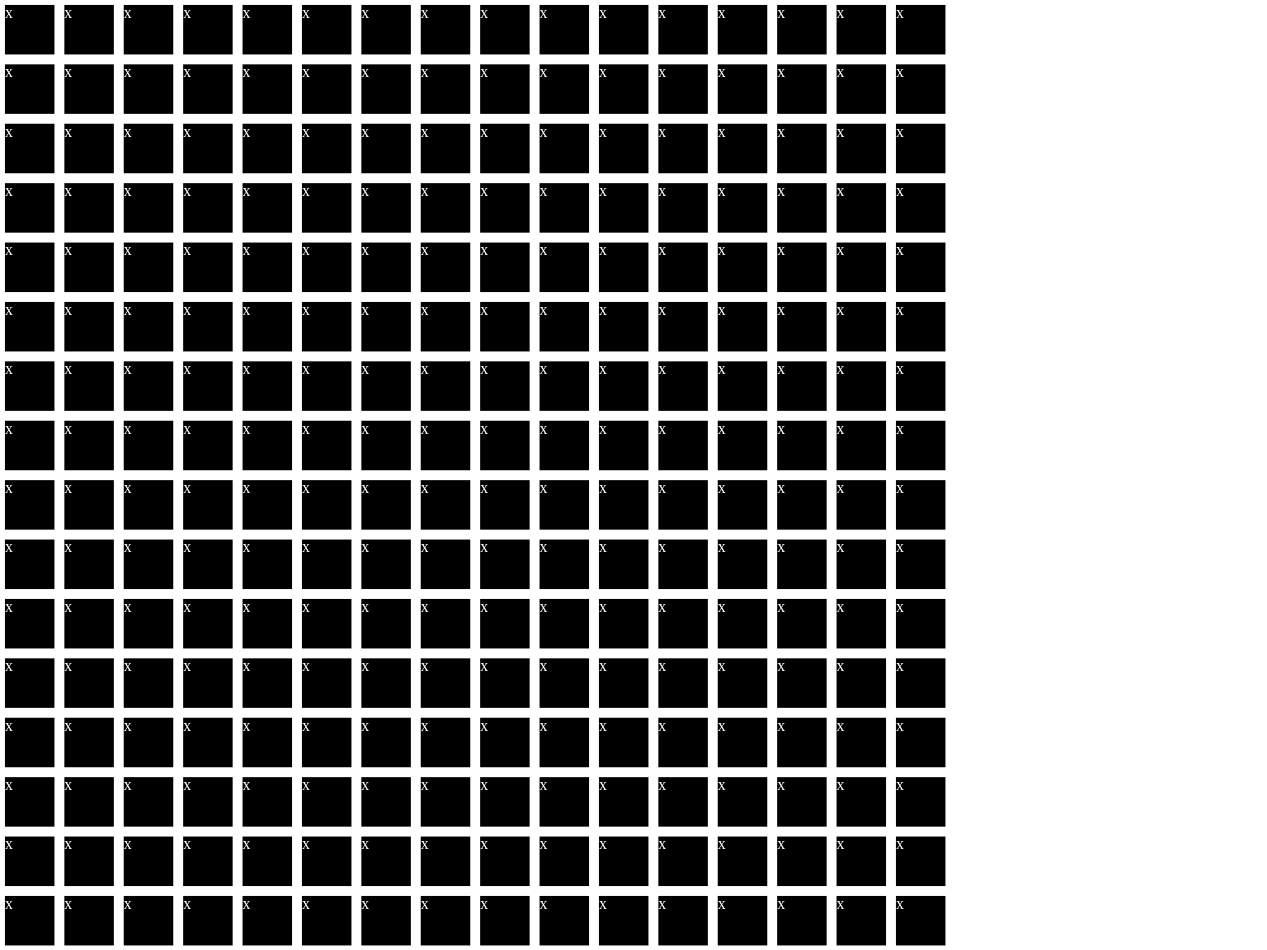
Repository: sokafootball/etch-a-sketc
Page: index.html
An editor plug-in stored every save of this project. The page is shown before and after the next save, followed by the edit.
The browser window is 1280 px wide. The pictures show the whole page, at 99% of full size.

Above is the page before, as saved 2020-04-16 19:31:29.

After the next save:
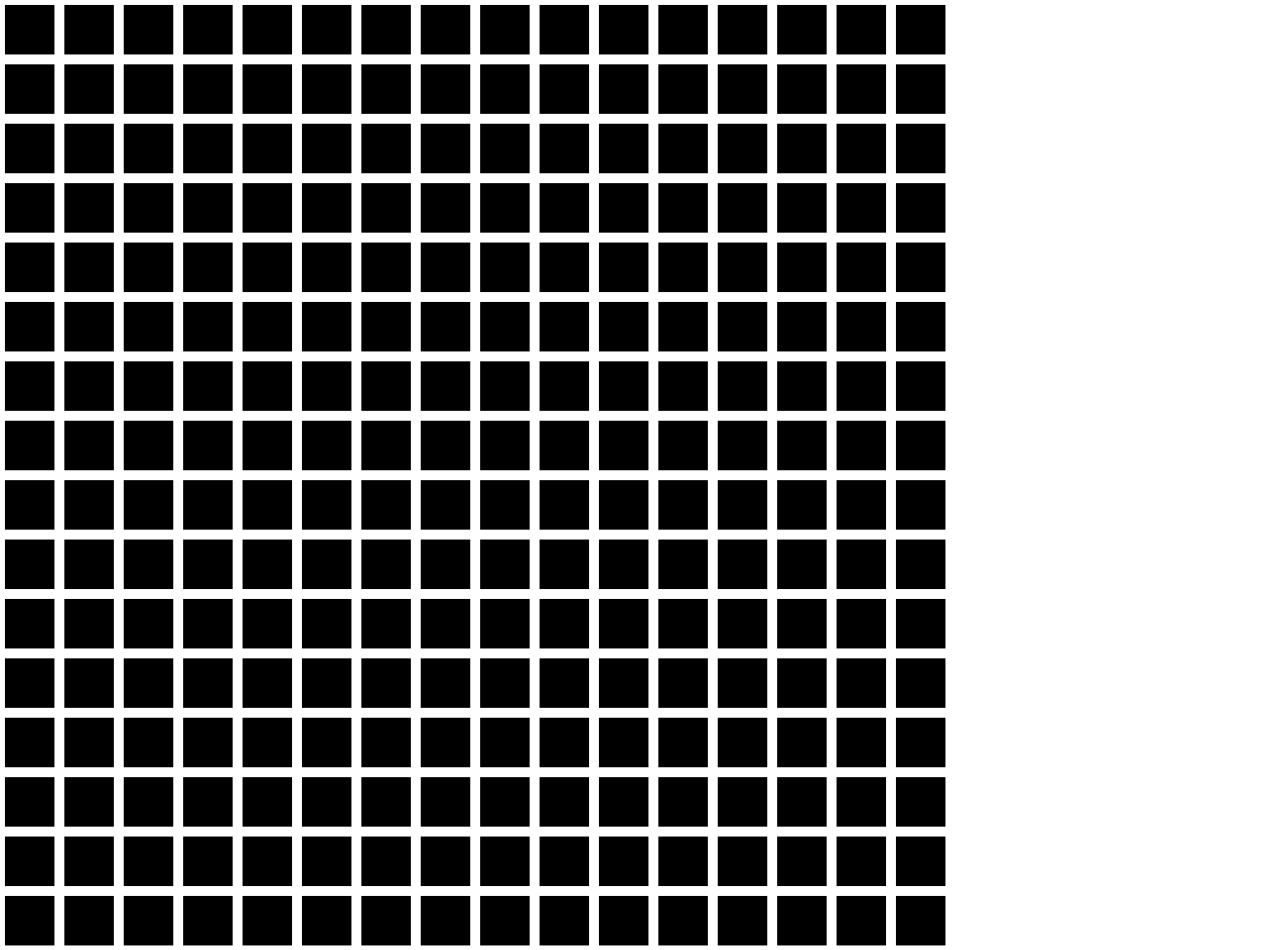
Saved 6 s later.
--- a/script.js
+++ b/script.js
@@ -3,7 +3,6 @@ for(let i = 1; i <= 16; i++){
   for(let j = 1; j <= 16; j++){
     const cell = document.createElement(`div`)
     cell.classList.add(`cell`)
-    cell.innerText = `x`
     grid.appendChild( cell)
   }
   const br = document.createElement(`br`)
